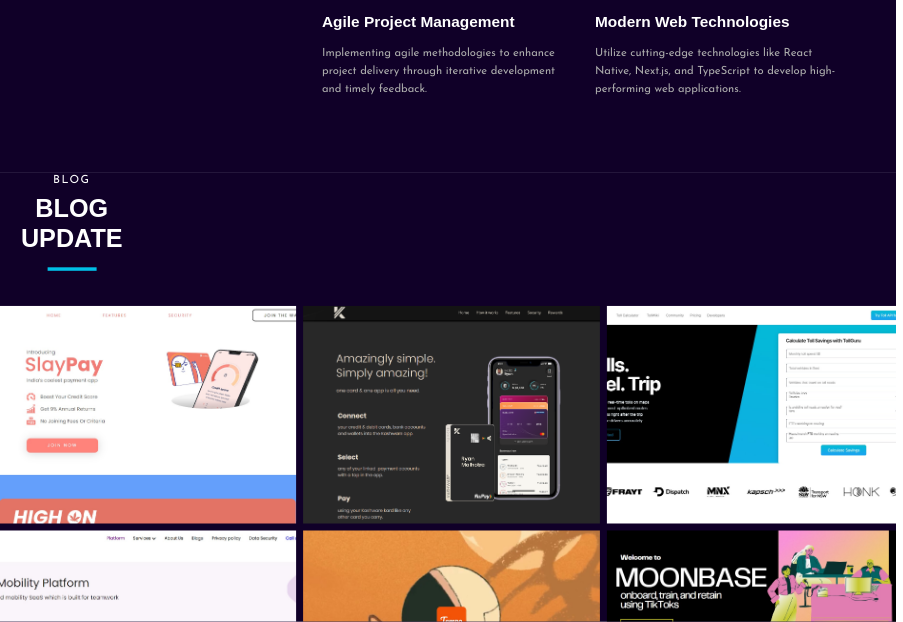
Repository: codexshot/himanshu-portfolio.io
Page: index.html
These files come from the project's save history. The page is drawn as it stood at one moment and after the next save; the edit follows.
The browser window is 1280 px wide. The page is 1280 px wide, then 1290 px, then 1280 px, so the pictures cover 1290 px, including what lies to the right of the window. The pictures show the part of the page from y = 1177 to 3057 px (the page is 2065 px tall before and 3619 px after), at 70% of full size.
Some web fonts or font styles are not loaded; a fallback is used.

Above is the page before, as saved 2024-07-31 01:26:48.

### index.html
<!DOCTYPE html>
<html lang="zxx">

<head>
    <meta charset="UTF-8">
    <meta name="description" content="Videograph Template">
    <meta name="keywords" content="Videograph, unica, creative, html">
    <meta name="viewport" content="width=device-width, initial-scale=1.0">
    <meta http-equiv="X-UA-Compatible" content="ie=edge">
    <title>Himanshu | Software Developer</title>

    <!-- Google Font -->
    <link href="https://fonts.googleapis.com/css2?family=Play:wght@400;700&display=swap" rel="stylesheet">
    <link href="https://fonts.googleapis.com/css2?family=Josefin+Sans:wght@300;400;500;600;700&display=swap"
        rel="stylesheet">

    <!-- Css Styles -->
    <link rel="stylesheet" href="css/bootstrap.min.css" type="text/css">
    <link rel="stylesheet" href="css/font-awesome.min.css" type="text/css">
    <link rel="stylesheet" href="css/elegant-icons.css" type="text/css">
    <link rel="stylesheet" href="css/owl.carousel.min.css" type="text/css">
    <link rel="stylesheet" href="css/magnific-popup.css" type="text/css">
    <link rel="stylesheet" href="css/slicknav.min.css" type="text/css">
    <link rel="stylesheet" href="css/style.css" type="text/css">
</head>

<body>
    <!-- Page Preloder -->
    <div id="preloder">
        <div class="loader"></div>
    </div>

    <!-- Header Section Begin -->
    <header class="header">
        <div class="container">
            <div class="row">
                <div class="col-lg-2">
                    <div class="header__logo">
                        <h4 style="color: aliceblue;">Himanshu's Portfolio</h4>
                    </div>
                </div>
                <div class="col-lg-10">l̥
                    <div class="header__nav__option">
                        <nav class="header__nav__menu mobile-menu">
                            <ul>
                                <li class="active"><a href="./index.html">Home</a></li>


                                <li><a href="./services.html">Services</a></li>
                                <li><a href="./contact.html">Contact</a></li>
                            </ul>
                        </nav>
                        <div class="header__nav__social">
                            <a href="#"><i class="fa fa-facebook"></i></a>
                            <a href="#"><i class="fa fa-twitter"></i></a>
                            <a href="#"><i class="fa fa-dribbble"></i></a>
                            <a href="#"><i class="fa fa-instagram"></i></a>
                            <a href="#"><i class="fa fa-youtube-play"></i></a>
                        </div>
                    </div>
                </div>
            </div>
            <div id="mobile-menu-wrap"></div>
        </div>
    </header>
    <!-- Header End -->

    <!-- Hero Section Begin -->
    <section class="hero">
        <div class="hero__slider owl-carousel">
            <!-- Slide 1: Summary & Specialization -->
            <div class="hero__item" >
                <div class="container">
                    <div class="row">
                        <div class="col-lg-6">
                            <div class="hero__text">
                                <span>Certified Software Developer</span>
                                <h2>Mobile & Backend Expertise</h2>
                                <p>Specializing in Mobile Application Development with a strong background in backend systems.</p>

                            </div>
                        </div>
                    </div>
                </div>
            </div>
            <!-- Slide 2: Key Skills -->
            <div class="hero__item">
                <div class="container">
                    <div class="row">
                        <div class="col-lg-6">
                            <div class="hero__text">
                                <span>Skilled Across Multiple Domains</span>
                                <h2>Proven Industry Skills</h2>
                                <p>Expertise in iOS, Android, Agile, and Modern Web Technologies like Next.js and React Native.</p>

                            </div>
                        </div>
                    </div>
                </div>
            </div>
            <!-- Slide 3: Professional Experience -->
            <div class="hero__item" >
                <div class="container">
                    <div class="row">
                        <div class="col-lg-6">
                            <div class="hero__text">
                                <span>Experienced in Dynamic Roles</span>
                                <h2>Diverse Development Projects</h2>
                                <p>From mobile app development to complex server-side solutions, I bring a wealth of experience and a proven track record.</p>

                            </div>
                        </div>
                    </div>
                </div>
            </div>
        </div>
    </section>

    <!-- Hero Section End -->

    <!-- Services Section Begin -->
    <section class="services spad">
        <div class="container">
            <div class="row">
                <div class="col-lg-4">
                    <div class="services__title">
                        <div class="section-title">
                            <span>My Services</span>
                            <h2>What I Do?</h2>
                        </div>
                        <p>Engage with a seasoned software developer to elevate your business's digital infrastructure, ensuring robust, scalable, and efficient solutions.</p>
                        <a href="#" class="primary-btn">View all services</a>
                    </div>
                </div>
                <div class="col-lg-8">
                    <div class="row">
                        <div class="col-lg-6 col-md-6 col-sm-6">
                            <div class="services__item">
                                <div class="services__item__icon">
                                    <img src="img/icons/si-1.png" alt="Mobile App Development">
                                </div>
                                <h4>Mobile App Development</h4>
                                <p>Expert development in iOS and Android platforms, creating seamless and responsive mobile applications tailored to meet business needs.</p>
                            </div>
                        </div>
                        <div class="col-lg-6 col-md-6 col-sm-6">
                            <div class="services__item">
                                <div class="services__item__icon">
                                    <img src="img/icons/si-2.png" alt="Backend Development">
                                </div>
                                <h4>Backend Development</h4>
                                <p>Construct robust server-side applications that ensure data integrity and scalability to support your growing user base.</p>
                            </div>
                        </div>
                        <div class="col-lg-6 col-md-6 col-sm-6">
                            <div class="services__item">
                                <div class="services__item__icon">
                                    <img src="img/icons/si-3.png" alt="Agile Project Management">
                                </div>
                                <h4>Agile Project Management</h4>
                                <p>Implementing agile methodologies to enhance project delivery through iterative development and timely feedback.</p>
                            </div>
                        </div>
                        <div class="col-lg-6 col-md-6 col-sm-6">
                            <div class="services__item">
                                <div class="services__item__icon">
                                    <img src="img/icons/si-4.png" alt="Web Technologies">
                                </div>
                                <h4>Modern Web Technologies</h4>
                                <p>Utilize cutting-edge technologies like React Native, Next.js, and TypeScript to develop high-performing web applications.</p>
                            </div>
                        </div>
                    </div>
                </div>
            </div>
        </section>

    <!-- Services Section End -->

    <!-- Work Section Begin -->

    <section class="work">
        <div class="work__gallery">
            <div class="grid-sizer
            ">
            <div class="container">
    <div class="row">
        <div class="col-lg-12">
            <div class="section-title center-title">
                <span>Blog</span>
                <h2>Blog Update</h2>
            </div>
        </div>
    </div>
</div>
        </div>
    <section class="work">
        <div class="work__gallery">
            <div class="grid-sizer"></div>
            <div class="work__item wide__item set-bg" data-setbg="img/work/work-1.jpg">
                <a href="https://slaypay.app/" target="popup" onclick='window.open("https\://slaypay.app/","name","width=600,height=400")' >
                <div class="work__item__hover">
                    <h4>SlayPay</h4>
                    <ul>
                        <li>Fintech</li>
                    </ul>
                </div>
            </a>
            </div>
            <div class="work__item wide__item set-bg" data-setbg="img/work/work-2.jpg">
                <a href="https://www.kashware.com/" target="popup" onclick='window.open("https\://www.kashware.com/","name","width=600,height=400")' >
                    <div class="work__item__hover">
                        <h4>Kashware</h4>
                        <ul>
                            <li>Fintech</li>
                        </ul>
                    </div>
                </a>
            </div>
            <div class="work__item wide__item set-bg" data-setbg="img/work/work-3.jpg">
                <a href="https://www.tollguru.com/" target="popup" onclick='window.open("https\://www.tollguru.com/","name","width=600,height=400")' >
                    <div class="work__item__hover">
                        <h4>Tollguru</h4>
                        <ul>
                            <li>Transportation</li>
                        </ul>
                    </div>
                </a>
            </div>

            <div class="work__item wide__item set-bg" data-setbg="img/work/work-5.jpg">
                <a href="https://mobilitysqr.com/voyager" target="popup" onclick='window.open("https\://mobilitysqr.com/voyager","name","width=600,height=400")' >
                    <div class="work__item__hover">
                        <h4>MobilitySQR</h4>
                        <ul>
                            <li>Tax</li>
                        </ul>
                    </div>
                </a>
            </div>
            <div class="work__item wide__item set-bg" data-setbg="img/work/work-6.jpg">
                <a href="https://web.tempospace.co/" target="popup" onclick='window.open("https\://web.tempospace.co/","name","width=600,height=400")' >
                    <div class="work__item__hover">
                        <h4>TempoSpace</h4>
                        <ul>
                            <li>Social</li>
                        </ul>
                    </div>
                </a>
            </div>
            <div class="work__item wide__item set-bg" data-setbg="img/work/work-7.jpg">
                <a href="https://moonbase.biz/" target="popup" onclick='window.open("https\://moonbase.biz/","name","width=600,height=400")' >
                    <div class="work__item__hover">
                        <h4>Moonbase</h4>
                        <ul>
                            <li>Social</li>
                        </ul>
                    </div>
                </a>
            </div>

        </div>
    </section>

    <!-- Latest Blog Section Begin -->
    <section class="latest spad">
        <div class="container">
            <div class="row">
                <div class="col-lg-12">
                    <div class="section-title center-title">
                        <span>Blog</span>
                        <h2>Blog Update</h2>
                    </div>
                </div>
            </div>
            <div class="row">
                <div class="latest__slider owl-carousel">
                    <div class="col-lg-4">
                        <div class="blog__item latest__item">
                            <h4>What Makes Users Want to Share a Video on Social Media?</h4>
                            <ul>
                                <li>Jan 03, 2020</li>
                                <li>05 Comment</li>
                            </ul>
                            <p>We recently launched a new website for a Vital client and wanted to share some of the
                                cool features we were able...</p>
                            <a href="#">Read more <span class="arrow_right"></span></a>
                        </div>
                    </div>
                    <div class="col-lg-4">
                        <div class="blog__item latest__item">
                            <h4>Bumper Ads: How to Tell a Story in 6 Seconds</h4>
                            <ul>
                                <li>Jan 03, 2020</li>
                                <li>05 Comment</li>
                            </ul>
                            <p>We recently launched a new website for a Vital client and wanted to share some of the
                                cool features we were able...</p>
                            <a href="#">Read more <span class="arrow_right"></span></a>
                        </div>
                    </div>
                    <div class="col-lg-4">
                        <div class="blog__item latest__item">
                            <h4>What Makes Users Want to Share a Video on Social Media?</h4>
                            <ul>
                                <li>Jan 03, 2020</li>
                                <li>05 Comment</li>
                            </ul>
                            <p>We recently launched a new website for a Vital client and wanted to share some of the
                                cool features we were able...</p>
                            <a href="#">Read more <span class="arrow_right"></span></a>
                        </div>
                    </div>
                    <div class="col-lg-4">
                        <div class="blog__item latest__item">
                            <h4>Bumper Ads: How to Tell a Story in 6 Seconds</h4>
                            <ul>
                                <li>Jan 03, 2020</li>
                                <li>05 Comment</li>
                            </ul>
                            <p>We recently launched a new website for a Vital client and wanted to share some of the
                                cool features we were able...</p>
                            <a href="#">Read more <span class="arrow_right"></span></a>
                        </div>
                    </div>
                    <div class="col-lg-4">
                        <div class="blog__item latest__item">
                            <h4>What Makes Users Want to Share a Video on Social Media?</h4>
                            <ul>
                                <li>Jan 03, 2020</li>
                                <li>05 Comment</li>
                            </ul>
                            <p>We recently launched a new website for a Vital client and wanted to share some of the
                                cool features we were able...</p>
                            <a href="#">Read more <span class="arrow_right"></span></a>
                        </div>
                    </div>
                    <div class="col-lg-4">
                        <div class="blog__item latest__item">
                            <h4>What Makes Users Want to Share a Video on Social Media?</h4>
                            <ul>
                                <li>Jan 03, 2020</li>
                                <li>05 Comment</li>
                            </ul>
                            <p>We recently launched a new website for a Vital client and wanted to share some of the
                                cool features we were able...</p>
                            <a href="#">Read more <span class="arrow_right"></span></a>
                        </div>
                    </div>
                    <div class="col-lg-4">
                        <div class="blog__item latest__item">
                            <h4>What Makes Users Want to Share a Video on Social Media?</h4>
                            <ul>
                                <li>Jan 03, 2020</li>
                                <li>05 Comment</li>
                            </ul>
                            <p>We recently launched a new website for a Vital client and wanted to share some of the
                                cool features we were able...</p>
                            <a href="#">Read more <span class="arrow_right"></span></a>
                        </div>
                    </div>
                </div>
            </div>
        </div>
    </section>
    <!-- Latest Blog Section End -->

    <!-- Call To Action Section Begin -->
    <!-- <section class="callto spad set-bg" data-setbg="img/callto-bg.jpg">
        <div class="container">
            <div class="row">
                <div class="col-lg-8">
                    <div class="callto__text">
                        <h2>Fresh Ideas, Fresh Moments Giving Wings to your Stories.</h2>
                        <p>INC5000, Best places to work 2019</p>
                        <a href="#">Start your stories</a>
                    </div>
                </div>
            </div>
        </div>
    </section> -->
    <!-- Call To Action Section End -->

    <!-- Footer Section Begin -->
    <footer class="footer">
        <div class="container">
            <div class="footer__top">
                <div class="row">
                    <div class="col-lg-6 col-md-6">
                        <div class="footer__top__logo">

                        </div>
                    </div>
                    <div class="col-lg-6 col-md-6">
                        <div class="footer__top__social">
                            <a href="#"><i class="fa fa-facebook"></i></a>
                            <a href="#"><i class="fa fa-twitter"></i></a>
                            <a href="#"><i class="fa fa-dribbble"></i></a>
                            <a href="#"><i class="fa fa-instagram"></i></a>
                            <a href="#"><i class="fa fa-youtube-play"></i></a>
                        </div>
                    </div>
                </div>
            </div>
            <div class="footer__option">
                <div class="row">
                    <div class="col-lg-4 col-md-6">
                        <div class="footer__option__item">
                            <h5>About us</h5>
                            <p>Himanshu Pandey brings over six years of specialized expertise in Mobile Application Development and backend systems, having delivered robust solutions across Insurance, Healthcare, and Banking sectors. Passionate about integrating cutting-edge technologies and agile methodologies, Himanshu is committed to driving innovation and excellence in every project.</p>

                        </div>
                    </div>

                    <div class="col-lg-2 col-md-3">
                        <div class="footer__option__item">
                            <h5>My work</h5>
                            <ul>
                                <li><a href="#">Feature</a></li>
                                <li><a href="#">Latest</a></li>
                                <li><a href="#">Browse Archive</a></li>

                            </ul>
                        </div>
                    </div>
                    <div class="col-lg-4 col-md-12">
                        <div class="footer__option__item">
                            <h5>Newsletter</h5>
                            <!-- <p>Videoprah is an award-winning, full-service production company specializing.</p> -->
                            <form action="#">
                                <input type="text" placeholder="Email">
                                <button type="submit"><i class="fa fa-send"></i></button>
                            </form>
                        </div>
                    </div>
                </div>
            </div>

        </div>
    </footer>
    <!-- Footer Section End -->

    <!-- Js Plugins -->
    <script src="js/jquery-3.3.1.min.js"></script>
    <script src="js/bootstrap.min.js"></script>
    <script src="js/jquery.magnific-popup.min.js"></script>
    <script src="js/mixitup.min.js"></script>
    <script src="js/masonry.pkgd.min.js"></script>
    <script src="js/jquery.slicknav.js"></script>
    <script src="js/owl.carousel.min.js"></script>
    <script src="js/main.js"></script>
</body>

</html>

Loaded but not shown: css/bootstrap.min.css (library); css/font-awesome.min.css (library); css/owl.carousel.min.css (library); css/magnific-popup.css (library); css/slicknav.min.css (common file); js/jquery-3.3.1.min.js (library); js/bootstrap.min.js (library); js/jquery.magnific-popup.min.js (library); js/mixitup.min.js (library); js/masonry.pkgd.min.js (library); js/jquery.slicknav.js (library); js/owl.carousel.min.js (library); js/main.js (175 lines, source omitted); css/style.css (2351 lines, source omitted); css/elegant-icons.css (1157 lines, source omitted)

After the next save:
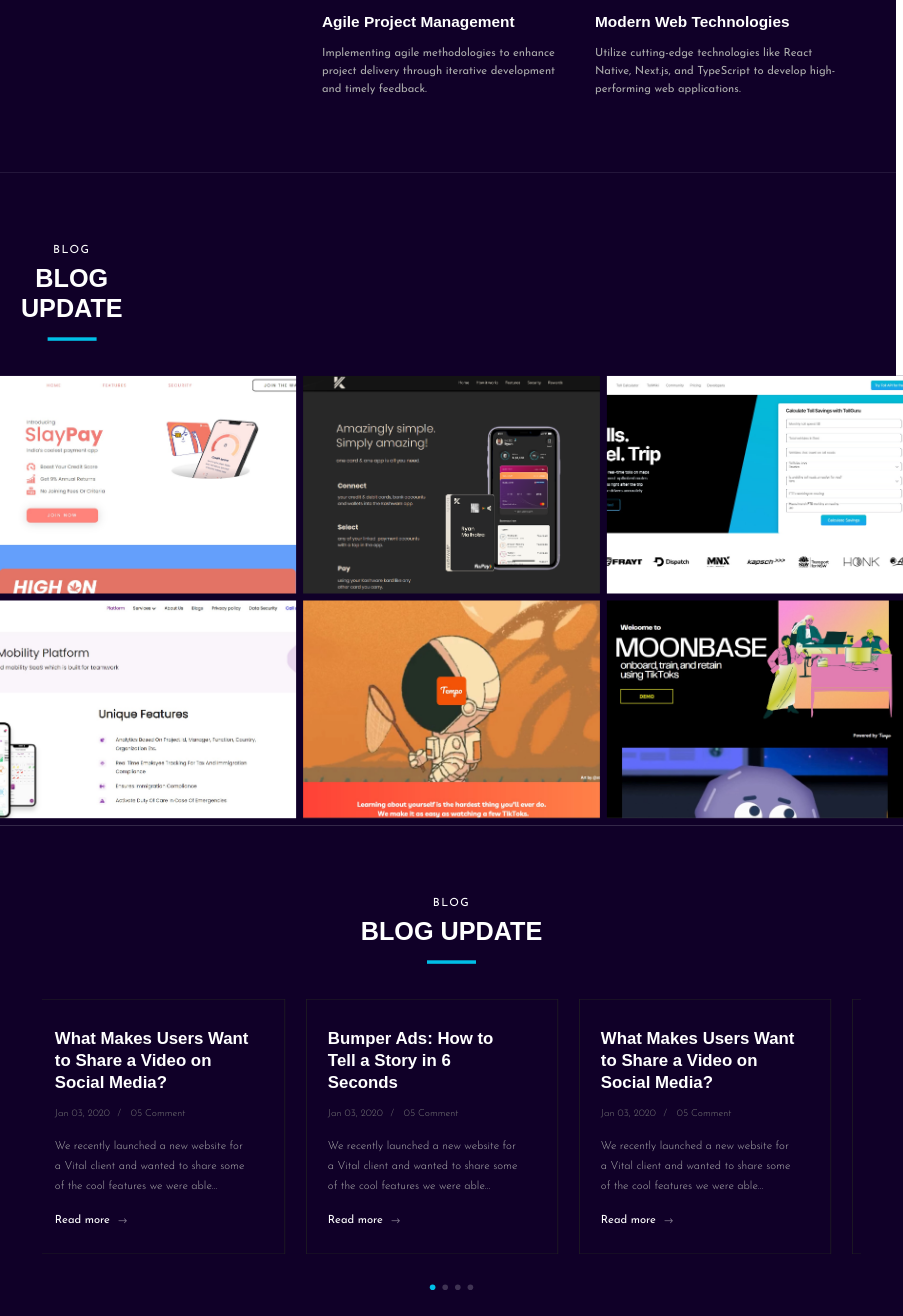
Saved 4 s later.
--- a/index.html
+++ b/index.html
@@ -179,7 +179,7 @@
 
     <!-- Work Section Begin -->
 
-    <section class="work">
+    <section class="latest spad">
         <div class="work__gallery">
             <div class="grid-sizer
             ">

After the 3 saves that followed:
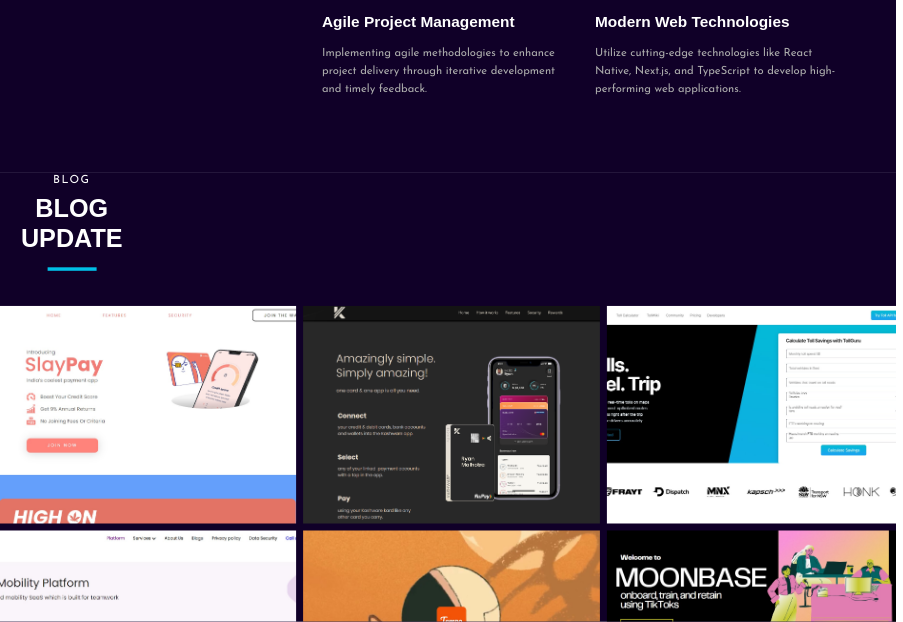
The 3 saves are shown as one change because they came seconds apart.
The last was saved 8 s later.
--- a/index.html
+++ b/index.html
@@ -179,7 +179,7 @@
 
     <!-- Work Section Begin -->
 
-    <section class="latest spad">
+    <section class="work">
         <div class="work__gallery">
             <div class="grid-sizer
             ">
